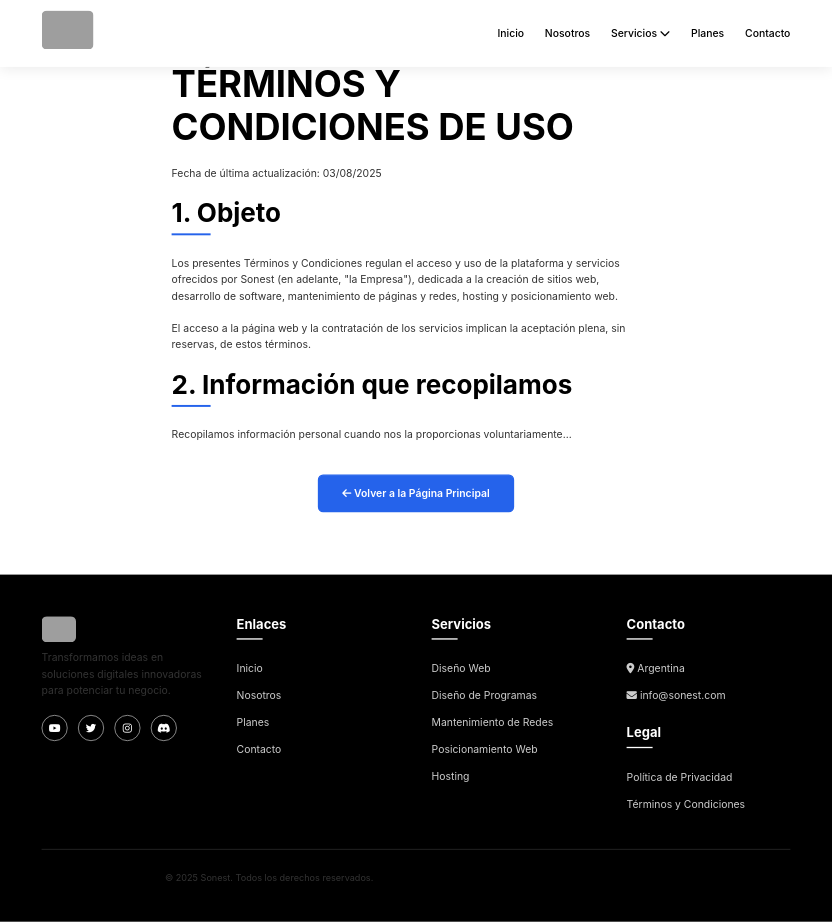
Repository: FabriDevelope/sonest
Page: terminos-y-condiciones-de-uso.html
These files come from the project's save history. The page is drawn as it stood at one moment and after the next save; the edit follows.
The browser window is 1280 px wide. The pictures show the whole page, at 65% of full size.
Pictures or frames that could not be fetched are drawn as grey boxes.

Above is the page before, as saved 2025-08-03 01:51:49.

### terminos-y-condiciones-de-uso.html
<!DOCTYPE html>
<html lang="es">
<head>
    <meta charset="UTF-8">
    <meta name="viewport" content="width=device-width, initial-scale=1.0">
    <title>Sonest - Terminos y Condiciónes de Uso</title>
    <link rel="stylesheet" href="styles.css">
    <link rel="stylesheet" href="https://cdnjs.cloudflare.com/ajax/libs/font-awesome/6.4.0/css/all.min.css">
    <link rel="icon" href="https://i.imgur.com/gXWLOT4.png" type="image/png">
    <style>
        .hero {
            padding: 12rem 0 7rem;
            background: linear-gradient(135deg, #f0f7ff 0%, #e6f0ff 100%);
            position: relative;
            overflow: hidden;
        }

        .hero::before {
            content: '';
            position: absolute;
            top: -100px;
            right: -100px;
            width: 500px;
            height: 500px;
            border-radius: 50%;
            background: linear-gradient(135deg, rgba(37, 99, 235, 0.1) 0%, rgba(37, 99, 235, 0.05) 100%);
            z-index: 0;
        }

        .hero-content {
            display: flex;
            align-items: center;
            gap: 4rem;
            position: relative;
            z-index: 1;
        }

        .hero-text {
            flex: 1;
        }

        .hero-image {
            flex: 1;
            border-radius: var(--border-radius);
            overflow: hidden;
            box-shadow: var(--shadow);
            transform: perspective(1000px) rotateY(-5deg);
            transition: var(--transition);
        }

        .hero-image:hover {
            transform: perspective(1000px) rotateY(0);
        }

        .features-grid {
            display: grid;
            grid-template-columns: repeat(auto-fit, minmax(300px, 1fr));
            gap: 2.5rem;
            margin-top: 3rem;
        }

        .feature-card {
            background-color: var(--white);
            border-radius: var(--border-radius);
            padding: 2.5rem;
            transition: var(--transition);
            box-shadow: 0 5px 15px rgba(0,0,0,0.05);
            text-align: center;
            border: 1px solid rgba(37, 99, 235, 0.1);
        }

        .feature-card:hover {
            transform: translateY(-10px);
            box-shadow: 0 15px 30px rgba(37, 99, 235, 0.15);
        }

        .feature-icon {
            width: 80px;
            height: 80px;
            background: linear-gradient(135deg, #e6f0ff 0%, #d0e1ff 100%);
            border-radius: 50%;
            display: flex;
            align-items: center;
            justify-content: center;
            margin: 0 auto 1.5rem;
            font-size: 2rem;
            color: var(--primary);
        }

        .services {
            background-color: var(--gray-100);
        }

        .services-grid {
            display: grid;
            grid-template-columns: repeat(auto-fit, minmax(280px, 1fr));
            gap: 2.5rem;
            margin-top: 2rem;
        }

        .service-card {
            background-color: var(--white);
            border-radius: var(--border-radius);
            padding: 2.5rem;
            transition: var(--transition);
            box-shadow: 0 5px 15px rgba(0,0,0,0.05);
            border: 1px solid rgba(37, 99, 235, 0.1);
        }

        .service-card:hover {
            transform: translateY(-5px);
            box-shadow: 0 15px 30px rgba(37, 99, 235, 0.1);
        }

        .service-icon {
            font-size: 2.5rem;
            margin-bottom: 1.5rem;
            display: inline-block;
            color: var(--primary);
        }

        .soon-badge {
            display: inline-block;
            background-color: var(--gray-200);
            color: var(--gray-700);
            font-size: 0.75rem;
            padding: 0.25rem 0.75rem;
            border-radius: 2rem;
            margin-left: 0.5rem;
            vertical-align: super;
            font-weight: 600;
        }

        .stats {
            background: linear-gradient(135deg, var(--primary) 0%, var(--primary-light) 100%);
            color: var(--white);
            text-align: center;
        }

        .stats-grid {
            display: grid;
            grid-template-columns: repeat(auto-fit, minmax(200px, 1fr));
            gap: 2rem;
            margin-top: 2rem;
        }

        .stat-item {
            text-align: center;
            padding: 2rem;
            background-color: rgba(255, 255, 255, 0.1);
            border-radius: var(--border-radius);
        }

        .stat-number {
            font-size: 3rem;
            font-weight: 700;
            margin-bottom: 0.5rem;
        }

        .testimonials-grid {
            display: grid;
            grid-template-columns: repeat(auto-fit, minmax(320px, 1fr));
            gap: 2.5rem;
        }

        .testimonial-card {
            background-color: var(--white);
            border-radius: var(--border-radius);
            padding: 2.5rem;
            position: relative;
            box-shadow: 0 5px 15px rgba(0,0,0,0.05);
            border: 1px solid rgba(37, 99, 235, 0.1);
        }

        .testimonial-quote {
            font-size: 3rem;
            position: absolute;
            top: 1rem;
            left: 1rem;
            opacity: 0.1;
            color: var(--primary);
        }

        .cta {
            background: linear-gradient(135deg, var(--gray-800) 0%, var(--black) 100%);
            color: var(--white);
            text-align: center;
            padding: 5rem 0;
            position: relative;
            overflow: hidden;
        }

        .cta::before {
            content: '';
            position: absolute;
            top: -100px;
            right: -100px;
            width: 400px;
            height: 400px;
            border-radius: 50%;
            background: rgba(255, 255, 255, 0.05);
            z-index: 0;
        }

        .cta-content {
            position: relative;
            z-index: 1;
            max-width: 700px;
            margin: 0 auto;
        }

        .fade-in {
            opacity: 0;
            transform: translateY(30px);
            transition: opacity 0.6s ease-out, transform 0.6s ease-out;
        }

        .fade-in-visible {
            opacity: 1;
            transform: translateY(0);
        }

        /* Ajustes para la nueva sección Legal */
@media (max-width: 768px) {
    .footer-grid > div:last-child .footer-title {
        margin-top: 1.5rem;
    }
}
    </style>
    </head>
<body>
    <!-- Header -->
    <header>
        <div class="container header-container">
            <a href="index.html" class="logo">
                <img src="https://i.imgur.com/yJCH2BL.png" alt="Sonest Logo" style="height: 60px; margin-right: 10px;">
            </a>
            <nav>
                <ul class="nav-menu">
                    <li class="nav-item"><a href="index.html" class="nav-link">Inicio</a></li>
                    <li class="nav-item"><a href="nosotros.html" class="nav-link">Nosotros</a></li>
                    <li class="nav-item dropdown">
                        <a href="planes.html" class="nav-link">Servicios <i class="fas fa-chevron-down"></i></a>
                        <ul class="dropdown-content">
                            <li><a href="diseno-web.html" class="dropdown-item">Diseño Web</a></li>
                            <li><a href="diseno-programas.html" class="dropdown-item">Diseño de Programas</a></li>
                            <li><a href="mantenimiento-redes.html" class="dropdown-item">Mantenimiento de Redes</a></li>
                            <li><a href="posicionamiento-web.html" class="dropdown-item">Posicionamiento Web</a></li>
                            <li><a href="hosting.html" class="dropdown-item">Hosting</a></li>
                        </ul>
                    </li>
                    <li class="nav-item"><a href="planes.html" class="nav-link">Planes</a></li>
                    <li class="nav-item"><a href="contacto.html" class="nav-link active">Contacto</a></li>
                </ul>
            </nav>
            <div class="mobile-toggle">
                <i class="fas fa-bars"></i>
            </div>
        </div>
    </header>

     <main class="section" style="max-width: 800px; margin: 0 auto;">
        <div class="container">
            <h1>TÉRMINOS Y CONDICIONES DE USO</h1>
            <p>Fecha de última actualización: 03/08/2025</p>

            <h2>1. Objeto</h2>
            <p>Los presentes Términos y Condiciones regulan el acceso y uso de la plataforma y servicios ofrecidos por Sonest (en adelante, "la Empresa"), dedicada a la creación de sitios web, desarrollo de software, mantenimiento de páginas y redes, hosting y posicionamiento web.</p>
            <p>El acceso a la página web y la contratación de los servicios implican la aceptación plena, sin reservas, de estos términos.</p>

            <h2>2. Información que recopilamos</h2>
            <p>Recopilamos información personal cuando nos la proporcionas voluntariamente...</p>

            <!-- Resto del contenido -->

            <div style="margin-top: 3rem; text-align: center;">
                <a href="index.html" class="btn">
                    <i class="fas fa-arrow-left"></i> Volver a la Página Principal
                </a>
            </div>
        </div>
    </main>

  <!-- Footer -->
<footer>
    <div class="container">
        <div class="footer-grid">
            <div>
                <a href="index.html" class="logo">
                    <img src="https://i.imgur.com/EugKriL.png" alt="Sonest Logo" style="height: 40px; margin-right: 10px;">
                </a>
                <p>Transformamos ideas en soluciones digitales innovadoras para potenciar tu negocio.</p>
                <div class="social-links">
                    <a href="#" class="social-link"><i class="fab fa-youtube"></i></a>
                    <a href="#" class="social-link"><i class="fab fa-twitter"></i></a>
                    <a href="#" class="social-link"><i class="fab fa-instagram"></i></a>
                    <a href="https://discord.gg/TzeV6DSFxJ" class="social-link"><i class="fab fa-discord"></i></a>
                </div>
            </div>
            <div>
                <h4 class="footer-title">Enlaces</h4>
                <ul class="footer-links">
                    <li><a href="index.html" class="footer-link">Inicio</a></li>
                    <li><a href="nosotros.html" class="footer-link">Nosotros</a></li>
                    <li><a href="planes.html" class="footer-link">Planes</a></li>
                    <li><a href="contacto.html" class="footer-link">Contacto</a></li>
                </ul>
            </div>
            <div>
                <h4 class="footer-title">Servicios</h4>
                <ul class="footer-links">
                    <li><a href="diseno-web.html" class="footer-link">Diseño Web</a></li>
                    <li><a href="diseno-programas.html" class="footer-link">Diseño de Programas</a></li>
                    <li><a href="mantenimiento-redes.html" class="footer-link">Mantenimiento de Redes</a></li>
                    <li><a href="posicionamiento-web.html" class="footer-link">Posicionamiento Web</a></li>
                    <li><a href="hosting.html" class="footer-link">Hosting</a></li>
                </ul>
            </div>
            <div>
                <h4 class="footer-title">Contacto</h4>
                <ul class="footer-links">
                    <li><a href="#" class="footer-link"><i class="fas fa-map-marker-alt"></i> Argentina</a></li>
                    <li><a href="mailto:sonest.adm@proton.me" class="footer-link"><i class="fas fa-envelope"></i> info@sonest.com</a></li>
                </ul>
                <!-- Nueva sección Legal -->
                <h4 class="footer-title" style="margin-top: 1.5rem;">Legal</h4>
                <ul class="footer-links">
                    <li><a href="politica-de-privacidad.html" class="footer-link">Política de Privacidad</a></li>
                    <li><a href="terminos-y-condiciones-de-uso.html" class="footer-link">Términos y Condiciones</a></li>
                </ul>
            </div>
        </div>
        <div class="footer-bottom">
            <p>&copy; 2025 Sonest. Todos los derechos reservados.</p>
        </div>
    </div>
</footer>
    <script>
        document.addEventListener('DOMContentLoaded', function() {
            const mobileToggle = document.querySelector('.mobile-toggle');
            const navMenu = document.querySelector('.nav-menu');

            if (mobileToggle && navMenu) {
                mobileToggle.addEventListener('click', function() {
                    navMenu.classList.toggle('active');
                });
            }

            // Animaciones al hacer scroll
            const observer = new IntersectionObserver((entries) => {
                entries.forEach(entry => {
                    if (entry.isIntersecting) {
                        entry.target.classList.add('fade-in-visible');
                    }
                });
            }, { threshold: 0.1 });

            document.querySelectorAll('.fade-in').forEach(element => {
                observer.observe(element);
            });
        });
    </script>
</body>
</html>

Loaded but not shown: styles.css (684 lines, source omitted)

After the next save:
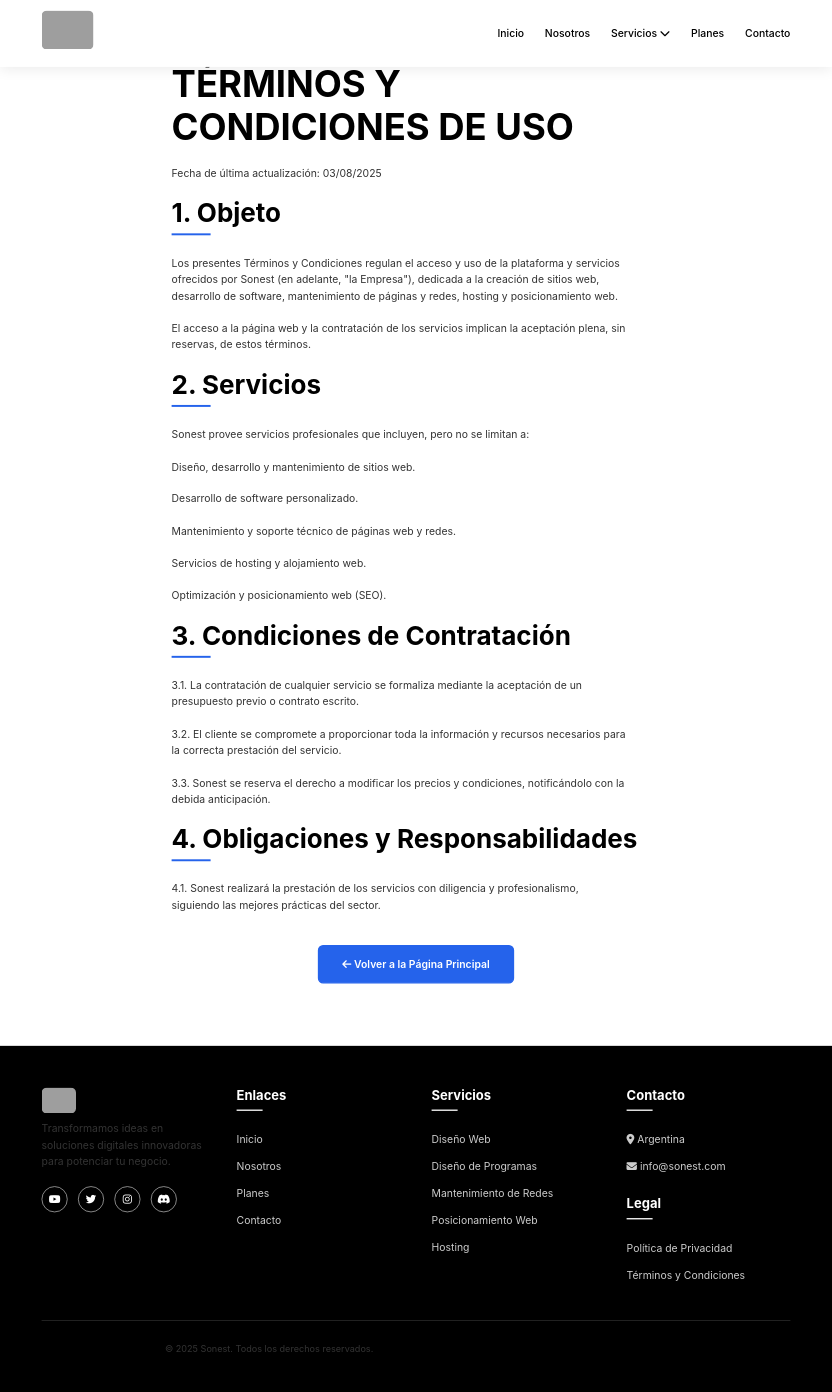
Saved 101 s later.
--- a/terminos-y-condiciones-de-uso.html
+++ b/terminos-y-condiciones-de-uso.html
@@ -268,8 +268,21 @@
             <p>Los presentes Términos y Condiciones regulan el acceso y uso de la plataforma y servicios ofrecidos por Sonest (en adelante, "la Empresa"), dedicada a la creación de sitios web, desarrollo de software, mantenimiento de páginas y redes, hosting y posicionamiento web.</p>
             <p>El acceso a la página web y la contratación de los servicios implican la aceptación plena, sin reservas, de estos términos.</p>
 
-            <h2>2. Información que recopilamos</h2>
-            <p>Recopilamos información personal cuando nos la proporcionas voluntariamente...</p>
+            <h2>2. Servicios</h2>
+            <p>Sonest provee servicios profesionales que incluyen, pero no se limitan a:</p>
+            <p>Diseño, desarrollo y mantenimiento de sitios web.</p>
+            <p>Desarrollo de software personalizado.</p>
+            <p>Mantenimiento y soporte técnico de páginas web y redes.</p>
+            <p>Servicios de hosting y alojamiento web.</p>
+            <p>Optimización y posicionamiento web (SEO).</p>
+
+            <h2>3. Condiciones de Contratación</h2>
+            <p>3.1. La contratación de cualquier servicio se formaliza mediante la aceptación de un presupuesto previo o contrato escrito.</p>
+            <p>3.2. El cliente se compromete a proporcionar toda la información y recursos necesarios para la correcta prestación del servicio.</p>
+            <p>3.3. Sonest se reserva el derecho a modificar los precios y condiciones, notificándolo con la debida anticipación.</p>
+
+            <h2>4. Obligaciones y Responsabilidades</h2>
+            <p>4.1. Sonest realizará la prestación de los servicios con diligencia y profesionalismo, siguiendo las mejores prácticas del sector.</p>
 
             <!-- Resto del contenido -->
 
